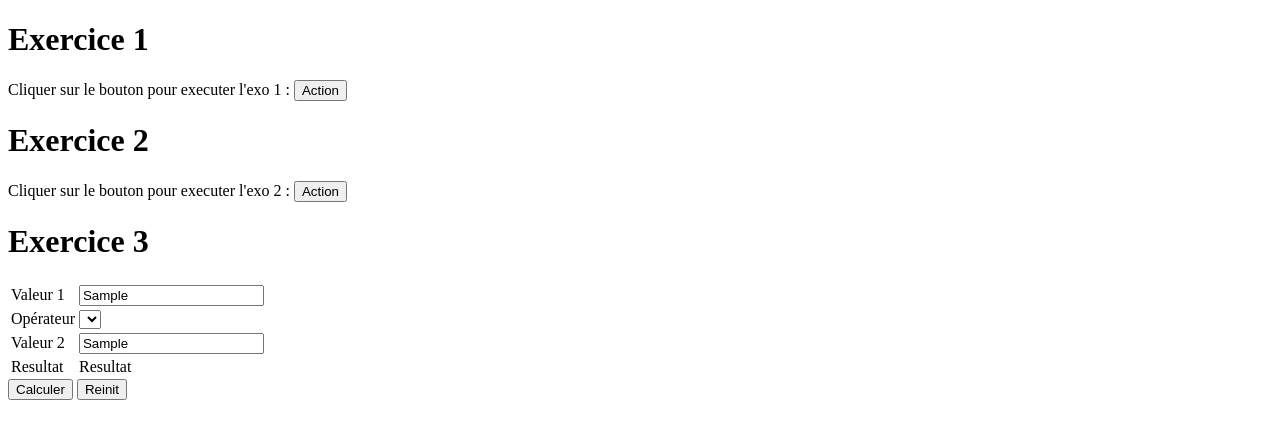
Repository: AgatheLM/formation_js
Page: insee-travaux-js/insee-client-js/index.html
An editor plug-in stored every save of this project. The page is shown before and after the next save, followed by the edit.
The browser window is 1280 px wide. The pictures show the whole page.
Empty fields were first filled with sample values (such as "Sample", 5 or name@example.com).
After loading, the first visible `input[onclick="main_exo3_reinit()"]` was clicked once.

Above is the page before, as saved 2018-01-24 13:17:30.

### insee-travaux-js/insee-client-js/index.html
<!DOCTYPE html>
<html>
<head>
<meta charset="utf-8">
<meta http-equiv="X-UA-Compatible" content="IE=edge">
<title>Ma page de calcul</title>
<script type="text/javascript" src="scripts/main.js"></script>
</head>
<body>

	<h1>Exercice 1</h1>
	<form action="">
		Cliquer sur le bouton pour executer l'exo 1 : <input type="button"
			value="Action" onclick="main()" />
	</form>

	<h1>Exercice 2</h1>
	<form action="">
		Cliquer sur le bouton pour executer l'exo 2 : <input type="button"
			value="Action" onclick="main_exo2()" />
	</form>

	<h1>Exercice 3</h1>
	<form action="">
		<table>
			<tr>
				<td><label for="val1"> Valeur 1 </label> </td>
				<td><input type="text" name="val1" id="val1" /></td>
			</tr>
			<tr>
				<td><label for="operateur"> Opérateur </label> </td>
				<td><select name="operateur" id="operateur">
						<option value="none">selectionner l'opérateur</option>
						<option value="+">+</option>
						<option value="-">-</option>
						<option value="*">*</option>
						<option value="/">/</option>
				</select></td>
			</tr>
			<tr>
				<td><label for="val2" > Valeur 2 </label></td>
				<td><input type="text" name="val2" id="val2" /></td>
			</tr>
			<tr>
				<td><label for="resultat" > Resultat</label></td>
				<td><label id="result" name="result"> Resultat </label></td>
			</tr>
		</table>
			<input type="button" value="Calculer" onclick="main_exo3()" />
			<input type="button" value="Reinit" onclick="main_exo3_reinit()" />
	</form>


</body>
</html>

### insee-travaux-js/insee-client-js/scripts/main.js
function main(){

	// Exercice 1
	try{
		// 1 - Demande à l'utilisateur
		var largeur = prompt ('Renseigner la largeur?','');
		var longueur = prompt ('Renseigner la longueur?','');
		//2. Appel aux fonctions utilitaires
		var surface=calculSurface(longueur, largeur);
		var perimetre=calculPerimetre(longueur, largeur);
		//3. Affichage du résultat
		alert ("La surface est de " + surface);
		alert ("Le périmètre est de " + perimetre);
	} catch(e) {
		console.log(e);
	}


}

function main_exo2(){

	/*Exercice 2 : Manipulation des tableaux
	Nous souhaitons afficher les éléments d’un tableau selon l’indice fourni par un utilisateur.
	Cette action sera répétée autant de fois jusqu’à ce que l’utilisateur saisisse le nombre « -1 » pour sortir.
	Travail à faire :
	- Coder une fonction qui initialisera le tableau ci dessous :
	var tab = new Array("Hollande","ZOME","Sarkozy","LE PEN","LE MAIRE","VALLS"
	- Faire pointer l’action du bouton sur cette nouvelle fonction.
	*/

	try{
		var tab = initTableau();
		var max=tab.length;
		var i = 0;
		while (i!=-1 ){
			i = parseInt(prompt ('Quel élément voulez vous?'));
			if ( i<max){
				alert(afficheElement(tab,i));
				//i = prompt ('Quel élément voulez vous?');
			} else  {
				alert ("Indice incorrect, il n'y a que " + max + " élements");
				//i = prompt ('Quel élément voulez vous?');
			}
		}

	} catch(e) {
		console.log(e);
	}


}



/*************************
* Sous fonctions exo 1   *
*************************/


	function calculSurface (longueur, largeur)  {
		try {
			surface=longueur*largeur;
			return surface;
		} catch(e){
			console.log(e);
		}

	}

	function calculPerimetre (longueur, largeur){
		try {
			perimetre=2*longueur+2*largeur;
			return perimetre;
		}catch(e){
			console.log(e);
		}

	}


/*************************
* Sous fonctions exo 2   *
*************************/

	function initTableau(){
		return new Array("Hollande","ZOME","Sarkozy","LE PEN","LE MAIRE","VALLS");
	}


	function afficheElement(tab, i){
		return tab[i];
	}



/*************************
* Sous fonctions exo 3   *
*************************/

	function main_exo3(){
		/*Exercice 3 : Faire une calculette*/

		try{
			var resul;
			var v1 = parseFloat(document.getElementById("val1").value);
			var v2 = parseFloat(document.getElementById("val2").value);
			var op = document.getElementById("operateur").value;
			resul=calcul(v1,v2,op);
			result.innerHTML=resul;

		} catch(e) {
			console.log(e);
		}

	}

	function main_exo3_reinit(){
		/*Exercice 3 : Faire une calculette*/

		try{
			val1.innerHTML="";
			val2.innerHTML="";
			operateur.innerHTML="none";


		} catch(e) {
			console.log(e);
		}

	}

	function calcul (v1,v2,op){
		var resul;
		switch(op){
		case "+" :
			resul = v1 + v2
			break;
		case "-" :
			resul = v1-v2
			break;
		case "*" :
			resul = v1*v2
			break;
		case "/" :
			if(v2!=0){
				resul = v1/v2
			}else{
				resul=0;
				alert("On ne peut pas diviser par 0");
			}
			break;
		}
		return resul;
	}

After the next save:
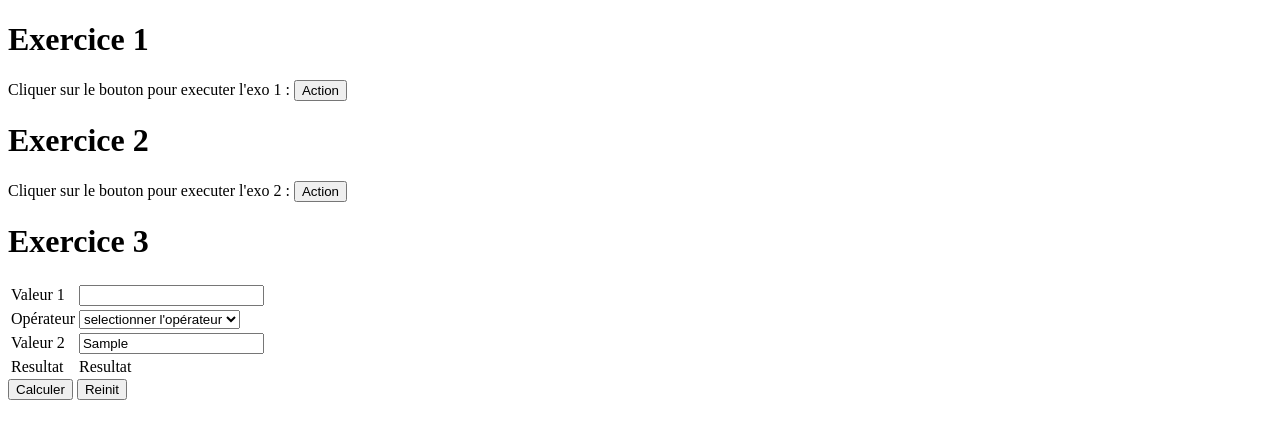
Saved 2 min 25 s later.
--- a/insee-travaux-js/insee-client-js/scripts/main.js
+++ b/insee-travaux-js/insee-client-js/scripts/main.js
@@ -119,9 +119,9 @@ function main_exo2(){
 		/*Exercice 3 : Faire une calculette*/
 
 		try{
-			val1.innerHTML="";
-			val2.innerHTML="";
-			operateur.innerHTML="none";
+			document.getElementById("val1").value="";
+			document.getElementById("val1").value="";
+			document.getElementById("operateur")="none";
 
 
 		} catch(e) {
